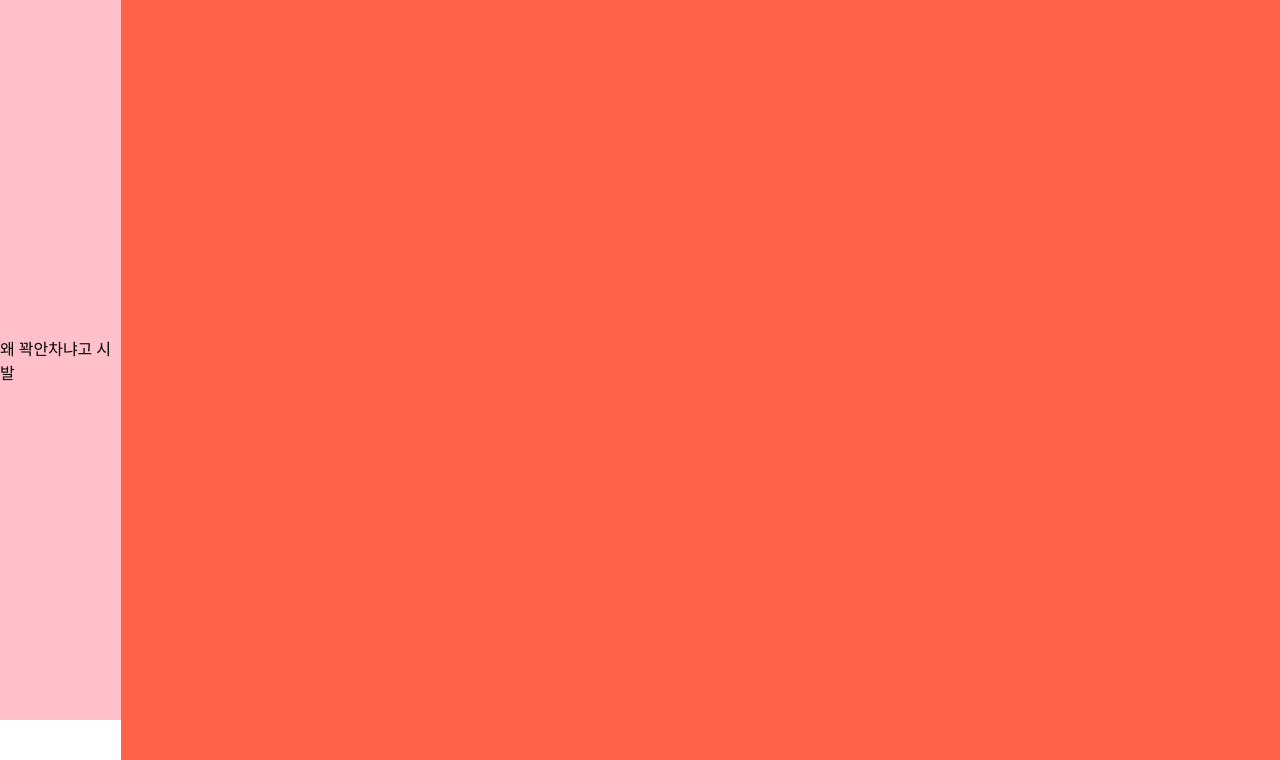
Repository: Devhyeongseon/Academy_Jsp
Page: http://localhost/MyBasic/user/DIV_Study.jsp
The author's editor kept a copy of each file at every save. The page is drawn from the files as they stood at one save, then again after the next save.
The browser window is 1280 px wide. The pictures show the whole page.
The page is served by Tomcat 9.

Above is the page before, as saved 2024-01-10 07:43:17.

### MyBasic/src/main/webapp/user/DIV_Study.jsp
<%@ page language="java" contentType="text/html; charset=UTF-8"
	pageEncoding="UTF-8"%>
<!DOCTYPE html>
<html>
<head>
<meta charset="UTF-8">
<title>Insert title here</title>

<style>
p{
align-items:center;
 /* text-align: center; */

}
html, body {
	width: 100%;
	height: 100%;
	margin: 0;
	position: relative;
}

.fuck1 {
	width: 100vw;
	height: 100vh;
	background: pink;

	display: flex;
	justify-content: center;
	align-items: center;
}
.fuck2 {
	width: 1200px;
	height: 800px;
	background: tomato;


}
</style>
</head>


<body>

	<div class="fuck1"><p>왜 꽉안차냐고 시발</p>
		<div class="fuck2">fuck2입니다.
		</div>
	</div>

</body>
</html>

After the next save:
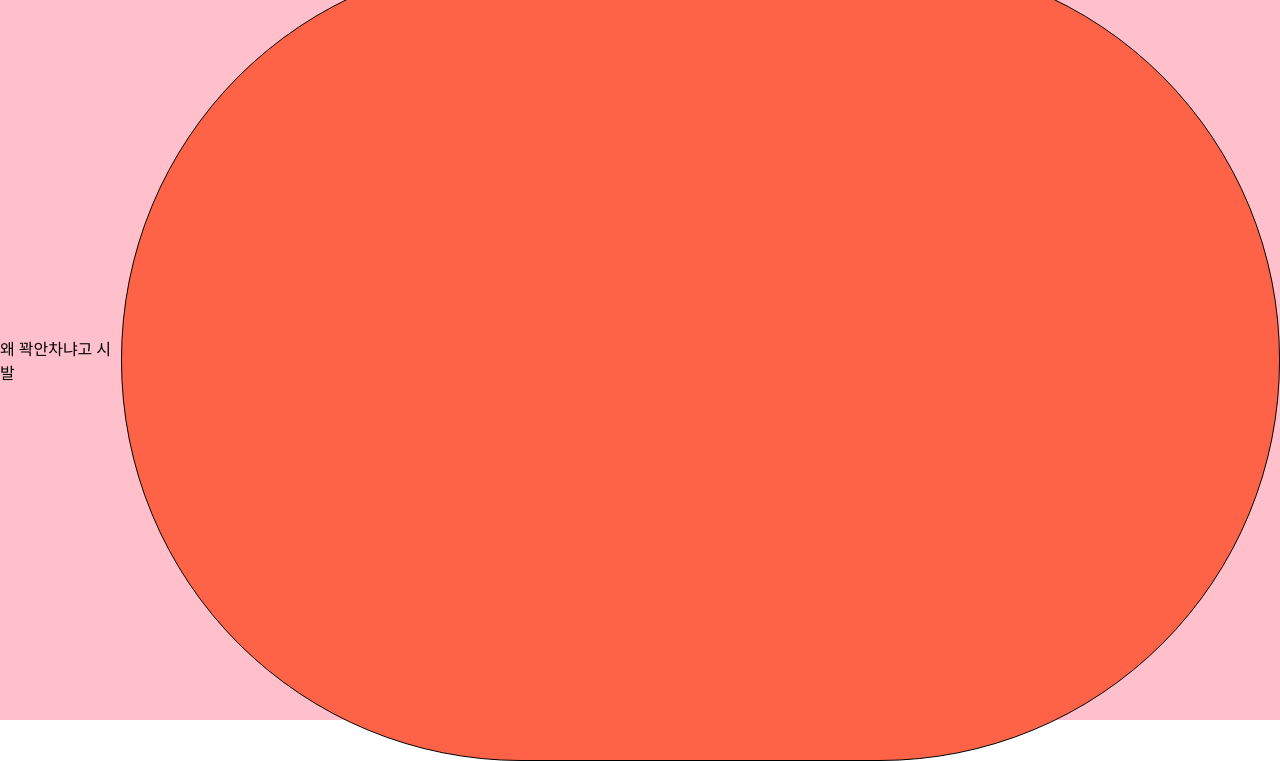
Saved 81 s later.
--- a/MyBasic/src/main/webapp/user/DIV_Study.jsp
+++ b/MyBasic/src/main/webapp/user/DIV_Study.jsp
@@ -32,6 +32,9 @@ html, body {
 	width: 1200px;
 	height: 800px;
 	background: tomato;
+	border: 1px solid black;
+    border-radius: 400px;
+
 
 
 }
